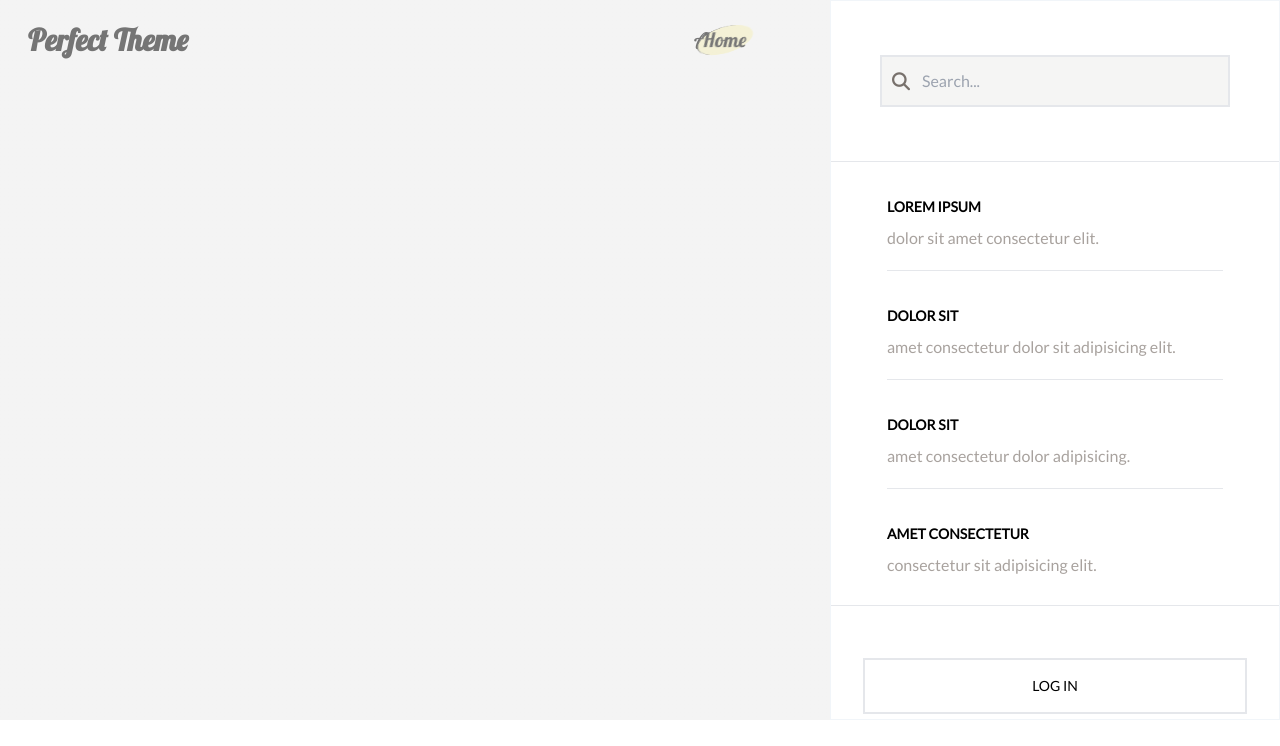
Repository: hsumyatm7308/laravel-blog
Page: blogweb/resources/views/blog/headerlayout.html
An editor plug-in stored every save of this project. The page is shown before and after the next save, followed by the edit.
The browser window is 1280 px wide. The pictures show the whole page.
Some web libraries are served in a nearby version.

Above is the page before, as saved 2023-09-05 17:05:25.

After the next save:
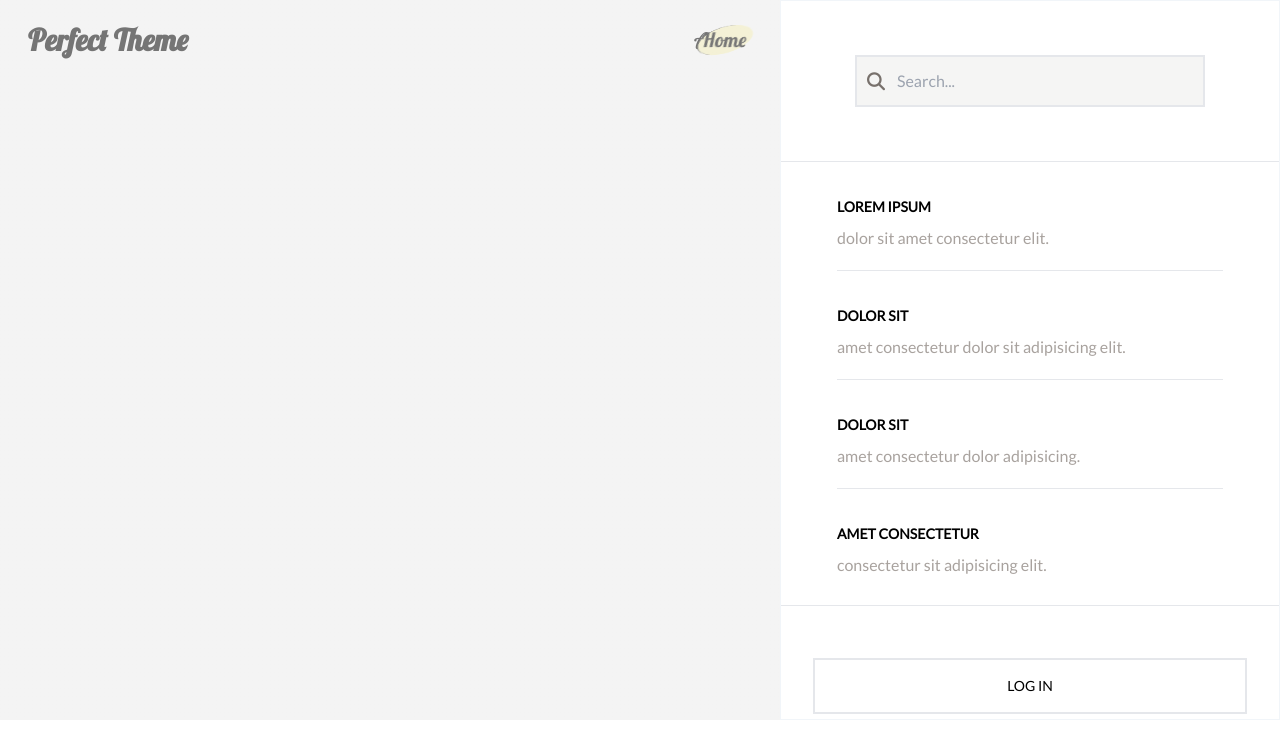
Saved 24 s later.
--- a/blogweb/resources/views/blog/headerlayout.html
+++ b/blogweb/resources/views/blog/headerlayout.html
@@ -129,7 +129,7 @@
 
     <div
         class="menu-modal w-screen bg-[linear-gradient(rgba(233,233,233,.5),rgba(233,233,233,.5))] h-screen absolute left-0 top-0">
-        <div class="w-[450px] h-[100vh] bg-white absolute right-0 top-0 border border-slate-100">
+        <div class="w-[500px] h-[100vh] bg-white absolute right-0 top-0 border border-slate-100">
 
             <div class="w-full h-40 flex justify-center items-center">
                 <form action="" method="post" class="relative">

After the save that followed:
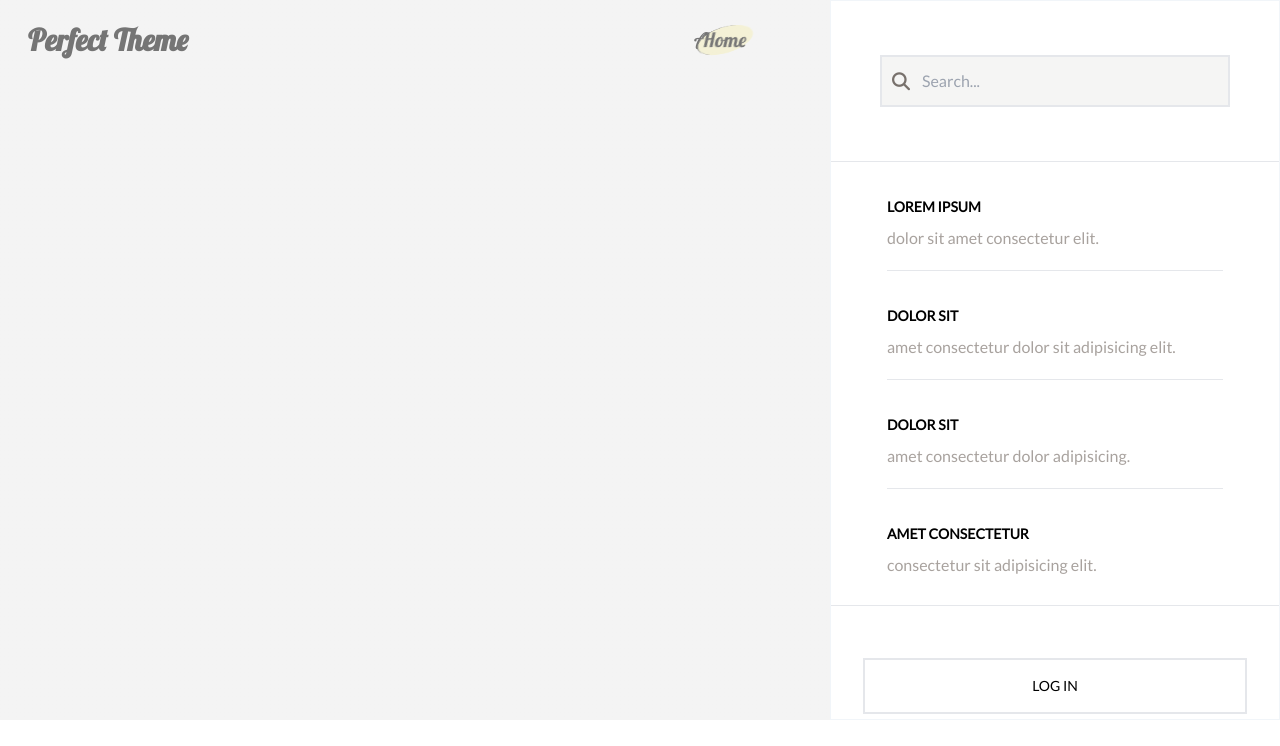
Saved 12 s later.
--- a/blogweb/resources/views/blog/headerlayout.html
+++ b/blogweb/resources/views/blog/headerlayout.html
@@ -129,7 +129,7 @@
 
     <div
         class="menu-modal w-screen bg-[linear-gradient(rgba(233,233,233,.5),rgba(233,233,233,.5))] h-screen absolute left-0 top-0">
-        <div class="w-[500px] h-[100vh] bg-white absolute right-0 top-0 border border-slate-100">
+        <div class="w-[450px] h-[100vh] bg-white absolute right-0 top-0 border border-slate-100">
 
             <div class="w-full h-40 flex justify-center items-center">
                 <form action="" method="post" class="relative">
